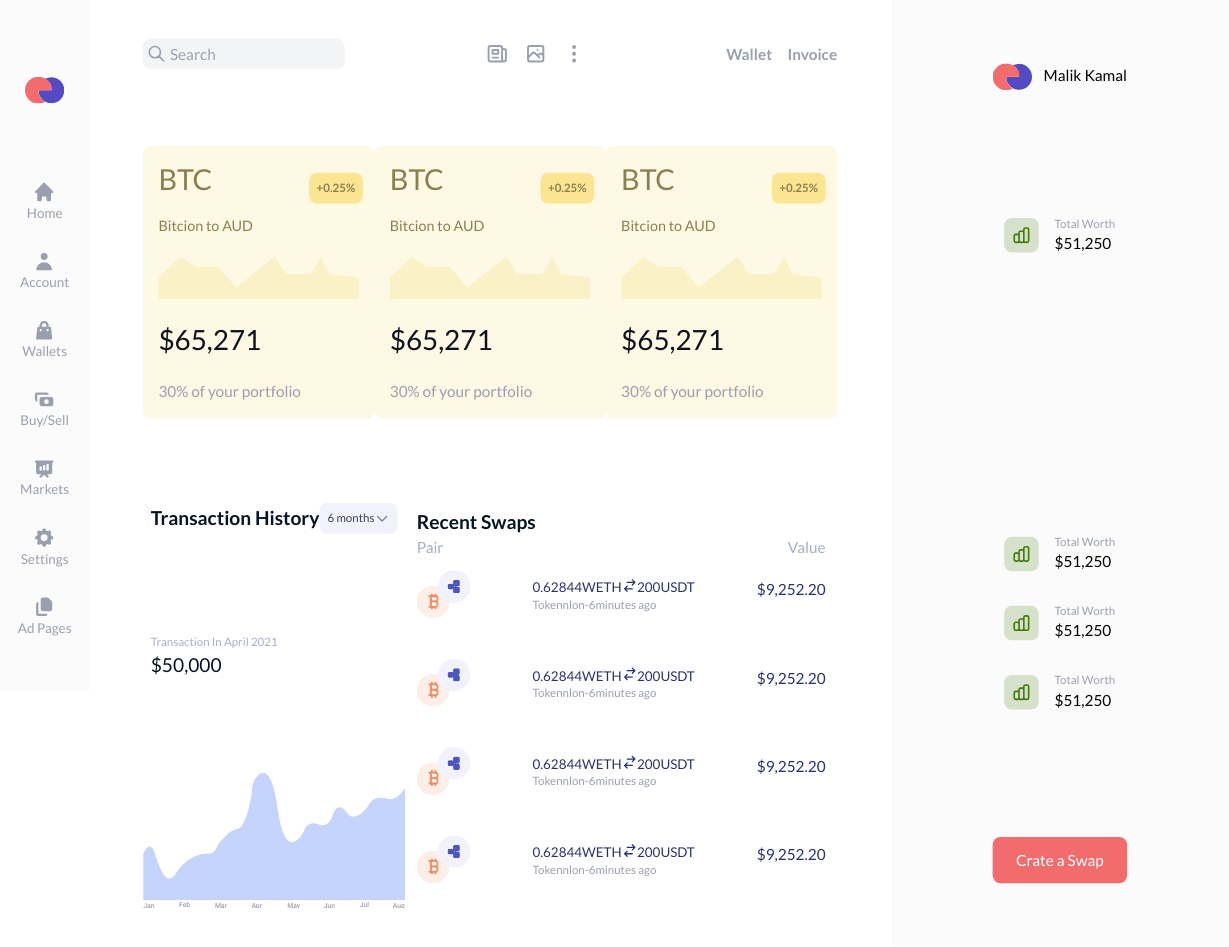
Repository: almaqdad55/crypto-app-nextjs
Page: /
An editor plug-in stored every save of this project. The page is shown before and after the next save, followed by the edit.
The browser window is 1280 px wide. The pictures show the whole page, at 96% of full size.
The project was rebuilt for these pictures with package versions that can differ from the ones it lists, and the page was loaded fresh each time. The framework's server and built-in components were replaced by stand-ins that run in the browser.

Above is the page before, as saved 2022-01-04 22:39:12.

After the next save:
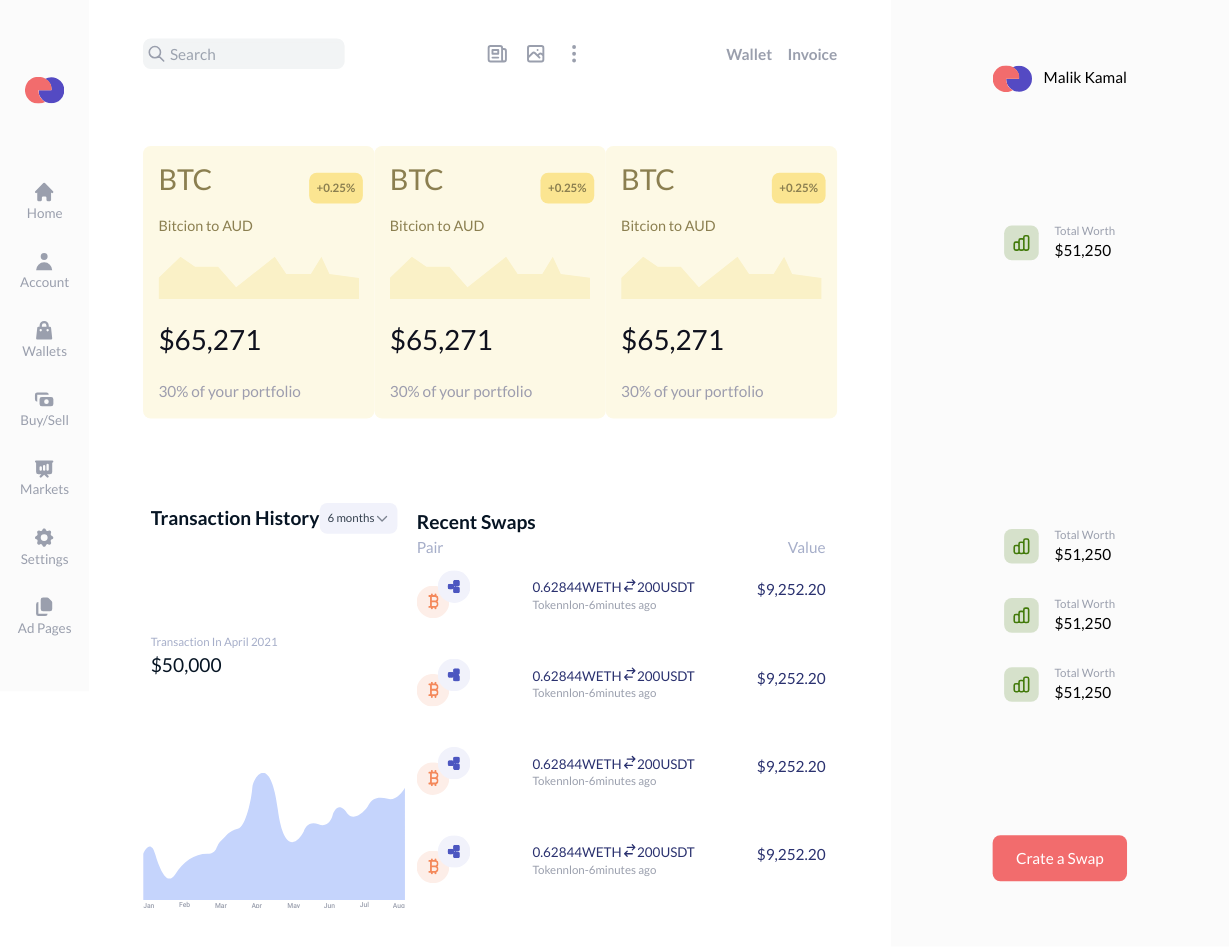
Saved 10 s later.
--- a/components/Widget.jsx
+++ b/components/Widget.jsx
@@ -15,7 +15,7 @@ const Widget = () => {
         <h2>Malik Kamal</h2>
       </div>
       <StatsDisplay />
-      <hr className="h-7" />
+      <hr className="border-b " />
       <div className="flex flex-col space-y-8">
         <StatsDisplay />
         <StatsDisplay />
